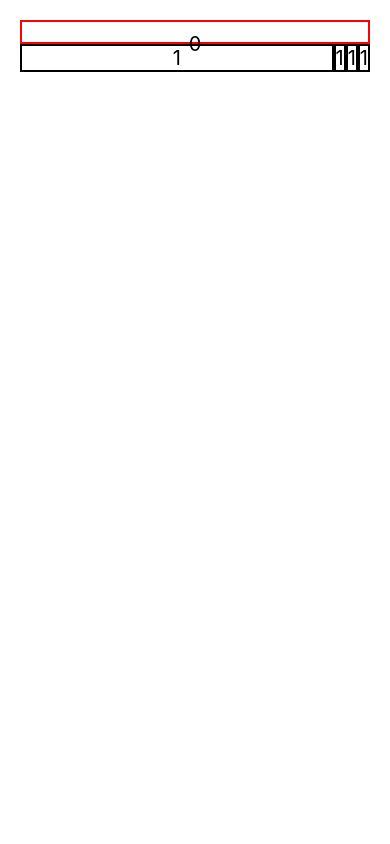
Repository: jeanphael/MyAppReact
Screen: /
An editor plug-in stored every save of this project. The screen is shown before and after the next save, followed by the edit.
The app was drawn by React Native's web renderer in a window 390 px wide. The project was rebuilt for these pictures with package versions that can differ from the ones it lists, and the page was loaded fresh each time. Some packages were replaced by stand-ins written for this rebuild.

Above is the screen before, as saved 2021-10-14 10:36:24.

### App.js
import React from 'react';
import { StyleSheet, Text, TouchableOpacity, View } from 'react-native';

export default class App extends React.Component {

  constructor(props) {
    super(props)

    //this.updateUserType = this.updateUserType.bind(this)
    this.state = {
      calculResult: 0,
    }
  }
  render() {
    return (
      <View style={{ margin: 20 }}>
        <View style={{ height: '30%', fontSize: 20, borderColor: 'red', borderWidth: 2, padding: 10 }}>
          <Text style={{ fontSize: 20, alignSelf: 'center' }}>
            {this.state.calculResult}
          </Text>
        </View>

        <View style={{ flexDirection: 'row', justifyContent: 'space-between' }}>
          <TouchableOpacity style={{borderColor:'grew',borderWidth:2,flex:1}}>

            <Text style={{ fontSize: 20, alignSelf: 'center' }}>
              1
            </Text>
          </TouchableOpacity>
          <TouchableOpacity style={{borderColor:'grew',borderWidth:2}}>

            <Text style={{ fontSize: 20, alignSelf: 'center' }}>
              1
            </Text>
          </TouchableOpacity>
          <TouchableOpacity style={{borderColor:'grew',borderWidth:2}}>

            <Text style={{ fontSize: 20, alignSelf: 'center' }}>
              1
            </Text>
          </TouchableOpacity>
          <TouchableOpacity style={{borderColor:'grew',borderWidth:2}}>

            <Text style={{ fontSize: 20, alignSelf: 'center' }}>
              1
            </Text>
          </TouchableOpacity>
        </View>
      </View>

    )
  }
}

Loaded but not shown: index.js (common file)

After the next save:
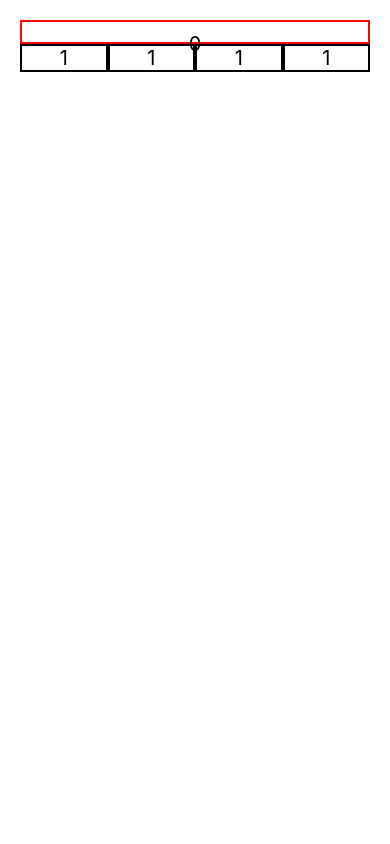
Saved 18 s later.
--- a/App.js
+++ b/App.js
@@ -27,19 +27,19 @@ export default class App extends React.Component {
               1
             </Text>
           </TouchableOpacity>
-          <TouchableOpacity style={{borderColor:'grew',borderWidth:2}}>
+          <TouchableOpacity style={{borderColor:'grew',borderWidth:2,flex:1}}>
 
             <Text style={{ fontSize: 20, alignSelf: 'center' }}>
               1
             </Text>
           </TouchableOpacity>
-          <TouchableOpacity style={{borderColor:'grew',borderWidth:2}}>
+          <TouchableOpacity style={{borderColor:'grew',borderWidth:2,flex:1}}>
 
             <Text style={{ fontSize: 20, alignSelf: 'center' }}>
               1
             </Text>
           </TouchableOpacity>
-          <TouchableOpacity style={{borderColor:'grew',borderWidth:2}}>
+          <TouchableOpacity style={{borderColor:'grew',borderWidth:2,flex:1}}>
 
             <Text style={{ fontSize: 20, alignSelf: 'center' }}>
               1
